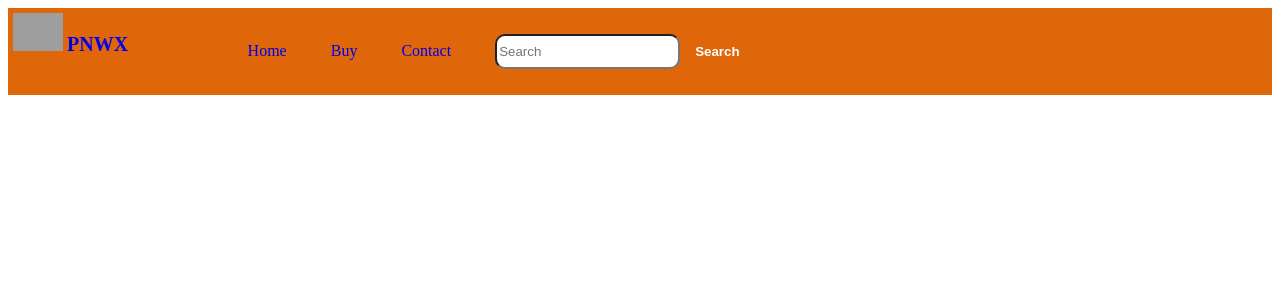
Repository: meiming24/meiming24.github.io
Page: index.html
An editor plug-in stored every save of this project. The page is shown before and after the next save, followed by the edit.
The browser window is 1280 px wide. The pictures show the whole page.
Pictures or frames that could not be fetched are drawn as grey boxes.

Above is the page before, as saved 2022-05-09 19:26:57.

After the next save:
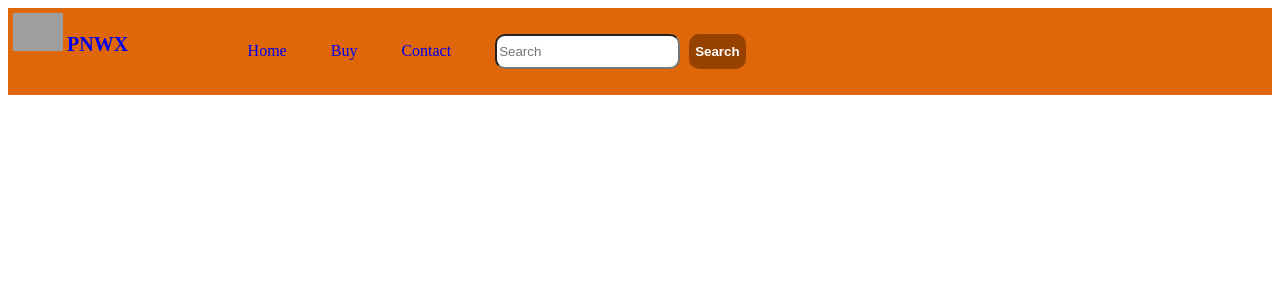
Saved 10 s later.
--- a/index.css
+++ b/index.css
@@ -69,5 +69,5 @@
     border-style: none;
     font-weight: 600;
     color: #fff;
-    background: #df6609;
+    background: #984200;
 }
